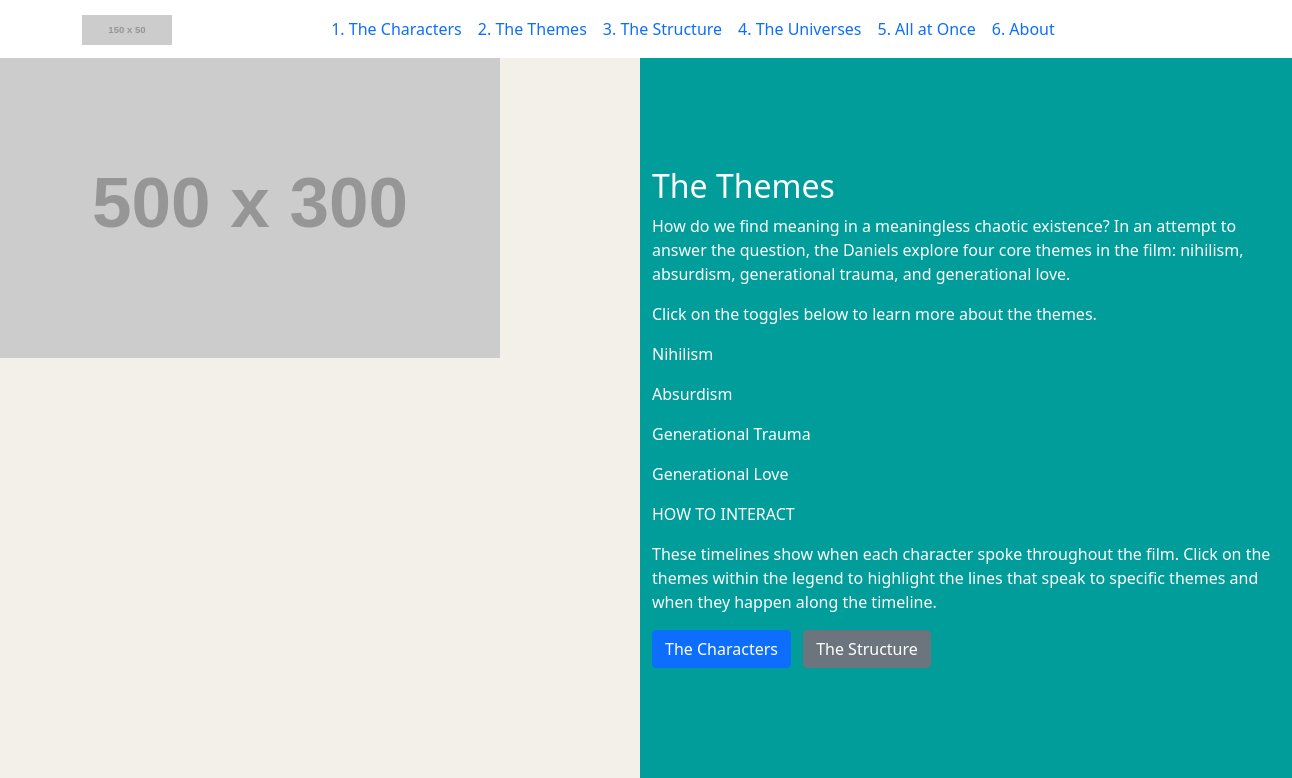
Repository: angelica-hom/msdv-thesis
Page: themes.html
The author's editor kept a record of every edit. The page is drawn from the files as they stood at one moment, then again after the next edit.
The browser window is 1280 px wide. The page is 1292 px wide, so the pictures cover 1292 px, including what lies to the right of the window. The pictures show the whole page.

Above is the page before.

After the next edit:
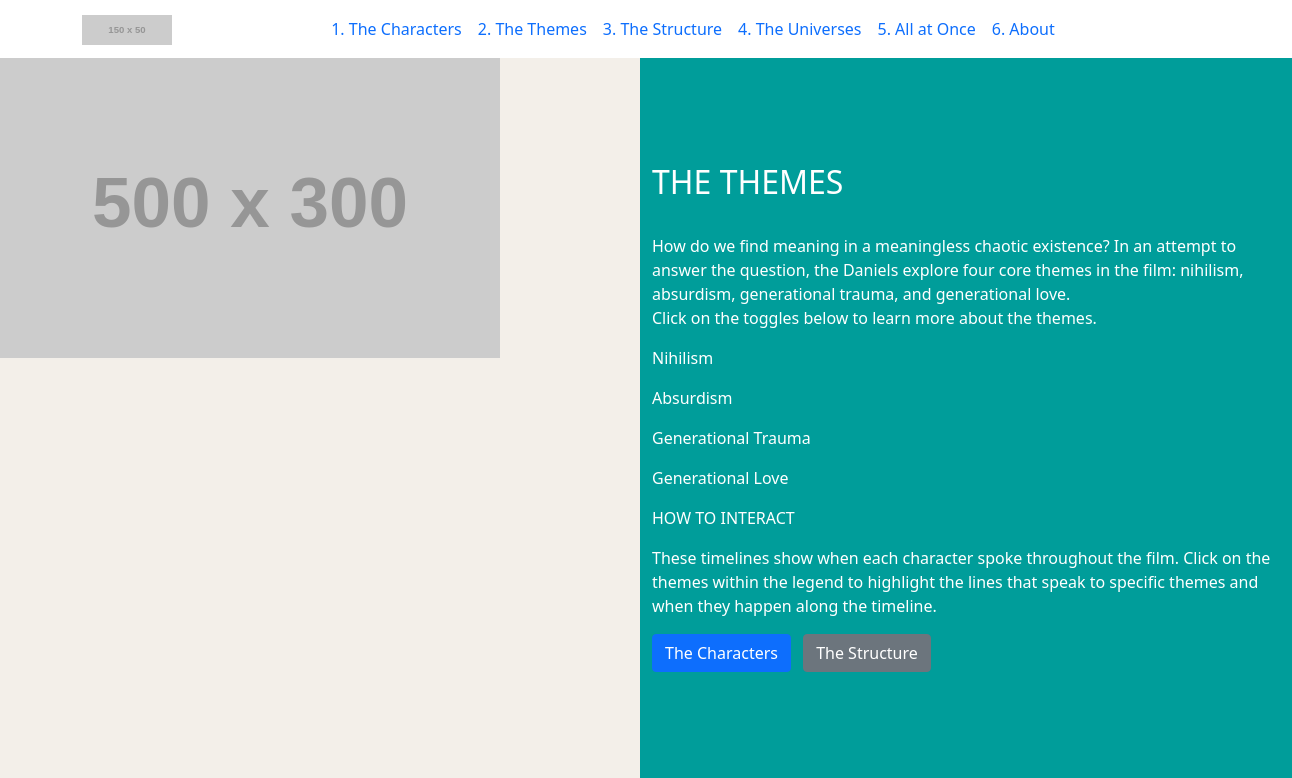
The edit:
--- a/themes.html
+++ b/themes.html
@@ -45,15 +45,16 @@
             </div>
             <div class="col-md-6 d-flex flex-column justify-content-center right-section">
                 <div id="content">
-                <h2>The Themes</h2>
-                <p>How do we find meaning in a meaningless chaotic existence? In an attempt to answer the question, the Daniels explore four core themes in the film: nihilism, absurdism, generational trauma, and generational love.</p>
-                <p>Click on the toggles below to learn more about the themes.</p>
-                <p>Nihilism</p>
-                <p>Absurdism</p>
-                <p>Generational Trauma</p>
-                <p>Generational Love</p>
-                <p>HOW TO INTERACT</p>
-                <p>These timelines show when each character spoke throughout the film. Click on the themes within the legend to highlight the lines that speak to specific themes and when they happen along the timeline.</p>
+                    <h2>THE <span class="bold">THEMES</span></h2>
+                    <br><span class="subheading">How do we find meaning in a meaningless chaotic existence? In an attempt to answer the question, the Daniels explore four core themes in the film: nihilism, absurdism, generational trauma, and generational love.</span>
+                    <p>Click on the toggles below to learn more about the themes.</p>
+                    <p>Nihilism</p>
+                    <p>Absurdism</p>
+                    <p>Generational Trauma</p>
+                    <p>Generational Love</p>
+                    <p>HOW TO INTERACT</p>
+                    <p>These timelines show when each character spoke throughout the film. Click on the themes within the legend to highlight the lines that speak to specific themes and when they happen along the timeline.</p>
+                    </div>
                 <div>
                     <a href="characters.html" class="btn btn-primary me-2">The Characters</a>
                     <a href="structure.html" class="btn btn-secondary">The Structure</a>
